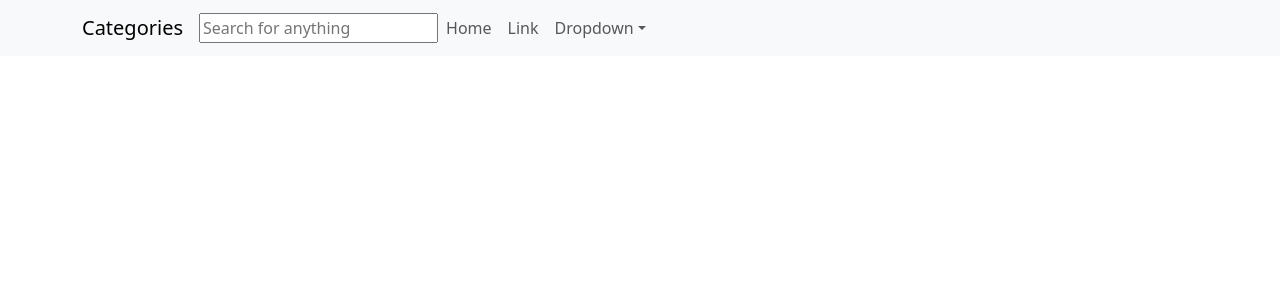
Repository: Taniafdes/newProject
Page: /home/navbar
An editor plug-in stored every save of this project. The page is shown before and after the next save, followed by the edit.
The browser window is 1280 px wide. The pictures show the whole page.
The project was rebuilt for these pictures with package versions that can differ from the ones it lists, and the page was loaded fresh each time. The framework's server and built-in components were replaced by stand-ins that run in the browser. Also part of the build but not shown: next.config.js.

Above is the page before, as saved 2023-06-15 13:40:12.

### pages/_app.js
import Head from "next/head";
import Script from "next/script";
import 'bootstrap/dist/css/bootstrap.css';
function MyApp({ Component, pageProps }) {
  return (
    <>
      <Head>
        <meta name="viewport" content="width=device-width, initial-scale=1" />
      </Head>

      <Script
        src="https://cdn.jsdelivr.net/npm/bootstrap@5.0.0-beta1/dist/js/bootstrap.bundle.min.js"
        integrity="sha384-ygbV9kiqUc6oa4msXn9868pTtWMgiQaeYH7/t7LECLbyPA2x65Kgf80OJFdroafW"
        crossOrigin="anonymous"
      />
      <Component {...pageProps} />
    </>
  );
}
export default MyApp;

### pages/home/navbar.js
import React from 'react'
import Container from 'react-bootstrap/Container';
import Nav from 'react-bootstrap/Nav';
import Navbar from 'react-bootstrap/Navbar';
import NavDropdown from 'react-bootstrap/NavDropdown';
// import Image from 'next/image';

const home = () => {
  return (
    <div>
    <Navbar bg="light" expand="lg">
      <Container>
       {/* <Image src="/public/images/udemy.jpg" /> */}
        <Navbar.Brand href="#home">Categories</Navbar.Brand>
        <i class="bi bi-search"></i>
        <input  type="input" id="exampleInputEmail1" placeholder="Search for anything"  className='w-15'/>
        <Navbar.Toggle aria-controls="basic-navbar-nav" />
        <Navbar.Collapse id="basic-navbar-nav">
          <Nav className="me-auto">
            <Nav.Link href="#home">Home</Nav.Link>
            <Nav.Link href="#link">Link</Nav.Link>
            <NavDropdown title="Dropdown" id="basic-nav-dropdown">
              <NavDropdown.Item href="#action/3.1">Action</NavDropdown.Item>
              <NavDropdown.Item href="#action/3.2">
                Another action
              </NavDropdown.Item>
              <NavDropdown.Item href="#action/3.3">Something</NavDropdown.Item>
              <NavDropdown.Divider />
              <NavDropdown.Item href="#action/3.4">
                Separated link
              </NavDropdown.Item>
            </NavDropdown>
          </Nav>
        </Navbar.Collapse>
      </Container>
    </Navbar>
    </div>
  )

}
export default home

After the next save:
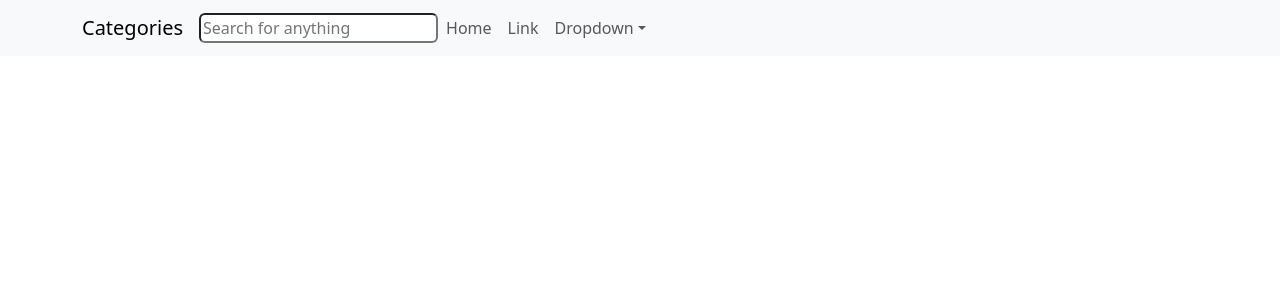
Saved 4 s later.
--- a/pages/home/navbar.js
+++ b/pages/home/navbar.js
@@ -13,7 +13,7 @@
        {/* <Image src="/public/images/udemy.jpg" /> */}
         <Navbar.Brand href="#home">Categories</Navbar.Brand>
         <i class="bi bi-search"></i>
-        <input  type="input" id="exampleInputEmail1" placeholder="Search for anything"  className='w-15'/>
+        <input  type="input" id="exampleInputEmail1" placeholder="Search for anything"  className='w-15 rounded'/>
         <Navbar.Toggle aria-controls="basic-navbar-nav" />
         <Navbar.Collapse id="basic-navbar-nav">
           <Nav className="me-auto">
